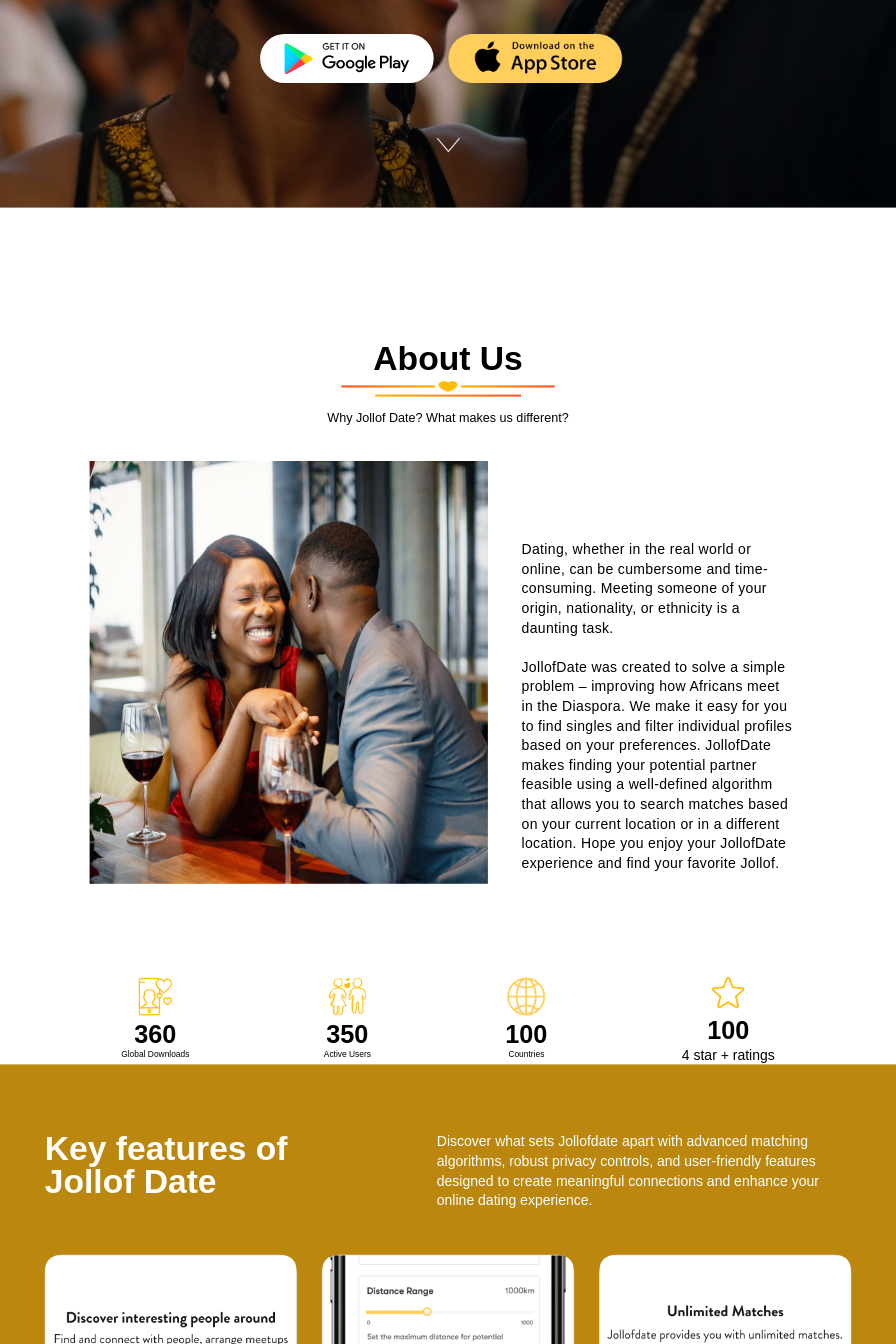
Repository: FarhanNasiru/jollofdate-frontend
Page: /
The author's editor kept a copy of each file at every save. The page is drawn from the files as they stood at one save, then again after the next save.
The browser window is 1280 px wide. The pictures show the part of the page from y = 592 to 2512 px (the page is 7426 px tall), at 70% of full size.
Some web fonts or font styles are not loaded; a fallback is used. The project was rebuilt for these pictures with package versions that can differ from the ones it lists, and the page was loaded fresh each time. Also part of the build but not shown: vite.config.js, src/Pages/Footer2.jsx, src/components/Header2.jsx, src/Pages/privacy.jsx, src/Pages/Term.jsx.

Above is the page before, as saved 2024-08-20 09:31:49.

### index.html
<!doctype html>
<html lang="en">
  <head>
    <meta charset="UTF-8" />
    <link rel="icon" type="image/svg+xml" href="/vite.svg" />
    <meta name="viewport" content="width=device-width, initial-scale=1.0" />
    <title>Jellof Date</title>
  </head>
  <body>
    <div id="root"></div>
    <script type="module" src="/src/main.jsx"></script>
  </body>
</html>

### src/App.jsx
import { BrowserRouter as Router, Route, Routes } from "react-router-dom";
import Home from "./Pages/Home";
import Privacy from "./Pages/privacy";
import Terms from "./Pages/Term";
import "./index.css";
const App = () => {
  return (
    <Router>
      <main>
        <Routes>
          <Route path="/" element={<Home />} />
          <Route path="/privacy" element={<Privacy />} />
          <Route path="/terms" element={<Terms />} />
        </Routes>
      </main>
    </Router>
  );
};

export default App;

### src/index.css
@import url('https://fonts.cdnfonts.com/css/hvdtrial-brandon-grotesque');
@import url('https://fonts.googleapis.com/css2?family=Almendra:ital,wght@0,400;0,700;1,400;1,700&display=swap');
@import "slick-carousel/slick/slick.css";
@import "slick-carousel/slick/slick-theme.css";

@tailwind base;
@tailwind components;
@tailwind utilities;

### src/Pages/Home.jsx
import Faq from "../components/Faq";
import Testimonials from "../components/Testimonials";
import Community from "../components/Community";
import How from "../components/Howitworks";
import Features from "../components/Features";
import About from "../components/Aboutus";
import Download from "../components/Download";
import Footer from "../components/Footer";
import Header from "../components/Header";

function Home() {
  return (
    <main className=" bg-white justify-center font-HvDTrial">
      <Header />
      <section
        id="home"
        className="pl-8 pr-8 justify-center bg-center bg-no-repeat items-center w-full lg:pt-64 lg:pb-9 bg-[url('/Images/Home-bg.png')] h-auto"
      >
        <h1 className="  text-wrap text-white text-7xl md:text-7xl  font-medium md:font-semibold text-center pt-32 pb-14 h-auto">
          Africans. Meet. Date. Connect.{" "}
        </h1>
        <p className=" text-2xl px-6 text-center text-white font-normal md:text-3xl">
          Begin your journey to a lifetime of happiness, success, progress, and
          bliss.
          <br /> Your happiness starts here. Let’s go!
        </p>
        <div className=" flex justify-center pt-12 flex-wrap pb-16">
          <a
            href="#"
            className="bg-transparent text-black px-1 py-1 rounded flex items-center"
          >
            <img
              src="/Images/Googleplay-whitesvg.svg"
              alt="Google Play"
              className="w-full h-full img-center"
            />
          </a>
          <a
            href="#"
            className="bg-transparent text-black px-4 py-2 rounded flex items-center"
          >
            <img
              src="/Images/Applestore-white.png"
              alt="App Store"
              className="w-full h-full mr-2"
            />
          </a>
        </div>
        <div className=" justify-center ">
          <a href="#footer">
            <img
              src="/Images/Home-arrow.png"
              alt=""
              className=" hidden md:flex justify-center m-auto md:pb-32"
            />
          </a>
        </div>
      </section>
      <About />
      <Features />
      <How />
      <Community />
      <Testimonials />
      <Faq />
      <Download />
      <Footer />
    </main>
  );
}

export default Home;

### src/components/Faq.jsx
import { useState } from "react";

function Faq() {
  const [openIndexes, setOpenIndexes] = useState([]);

  const toggleDropdown = (index) => {
    if (openIndexes.includes(index)) {
      setOpenIndexes(openIndexes.filter((i) => i !== index));
    } else {
      setOpenIndexes([...openIndexes, index]);
    }
  };

  const faqItems = [
    "How can I create my profile on the app?",
    "How can I create my profile on the app?",
    "How can I create my profile on the app?",
    "How can I create my profile on the app?",
    "How can I create my profile on the app?",
    "How can I create my profile on the app?",
  ];

  return (
    <section id="frequently-asked-questions" className="pb-14 sm:px-9">
      <div className="sm:pb-20 md:pb-12">
        <h2 className="text-2xl md:text-3xl font-bold text-center pt-24">
          Frequently Asked Questions
        </h2>
        <div className="flex justify-center py-4">
          <img src="/Images/love-logo.png" alt="" className=" md:w-auto" />
        </div>
        <h3 className="text-center text-lg">
          You have questions? Check here for answers
        </h3>
      </div>
      <div className="text-left sm:text-wrap px-4">
        {faqItems.map((item, index) => (
          <div key={index} className=" mx-auto mt-3">
            <div
              className={`flex pt-7 pl-16 pr-12 pb-6 justify-between cursor-pointer ${
                openIndexes.includes(index)
                  ? "bg-customYellow1 font-bold text-black text-xl rounded-t-md"
                  : "bg-bright text-black text-lg border-solid border rounded-lg border-customYellow1"
              }`}
              onClick={() => toggleDropdown(index)}
            >
              <p className="text-xl font-medium">{item}</p>
              {openIndexes.includes(index) ? (
                <div className="h-6 w-6">
                  <img src="/Images/add.svg" alt="" />
                </div>
              ) : (
                <div className="h-6 w-6">
                  <img src="/Images/add2.svg" alt="" className="bg-white" />
                </div>
              )}
            </div>
            {openIndexes.includes(index) && (
              <div className="p-4 bg-customYellow1 rounded-b-md shadow pt-7 pl-16 pr-12 pb-8">
                <p className=" xl:w-custom3text-xl md:text-wrap sm:text-balance">
                  Begin your journey to a lifetime of happiness, success,
                  progress and bliss. Begin your journey to a lifetime of
                  happiness, success, progress and bliss. Begin your journey to
                  a lifetime of happiness, success, progress and bliss. Begin
                  your journey to a lifetime of happiness, success, progress and
                  bliss. Begin your journey to a lifetime of happiness, success,
                  progress and bliss. Begin your journey to a lifetime of
                  happiness, success, progress and bliss. Begin your journey to
                  a lifetime of happiness, success, progress and bliss.
                </p>
              </div>
            )}
          </div>
        ))}
      </div>
    </section>
  );
}

export default Faq;

### src/components/Testimonials.jsx
import { Carousel } from "antd";

function Testimonials() {
  const contentStyle = {
    height: "auto",
    color: "#fff",
    lineHeight: "40px",
    textAlign: "center",
    background: "transparent",
  };

  const testimonials = [
    {
      quote:
        "“Other dating apps were like shooting fish in a barrel. But my girlfriend and I clicked right away on Jollofdate, and the conversation was effortless. We’ve been together for over a year.”",
      name: "Caitlyn King",
    },
    {
      quote:
        "“Other dating apps were like shooting fish in a barrel. But my girlfriend and I clicked right away on Jollofdate, and the conversation was effortless. We’ve been together for over a year.”",
      name: "Crystabel lyn",
    },
    {
      quote:
        "“Other dating apps were like shooting fish in a barrel. But my girlfriend and I clicked right away on Jollofdate, and the conversation was effortless. We’ve been together for over a year.”",
      name: "David Johnson",
    },
    {
      quote:
        "“Other dating apps were like shooting fish in a barrel. But my girlfriend and I clicked right away on Jollofdate, and the conversation was effortless. We’ve been together for over a year.”",
      name: "King Micheal",
    },
  ];

  return (
    <section id="testimonials" className="p-8 pt-24">
      <div>
        <h2 className="text-5xl font-bold text-center p-2">Testimonials</h2>
        <div className="flex justify-center pb-5 md:pb-6">
          <img src="/Images/love-logo.png" alt="Love Logo" />
        </div>
        <h3 className="text-center text-lg">
          Read what our existing users have to say
        </h3>
      </div>
      <div className="text-center pt-9 pb-16 text-black">
        <Carousel autoplay>
          {testimonials.map((testimonial, index) => (
            <div key={index}>
              <div style={contentStyle}>
                <h1 className="text-black text-center m-auto font-normal text-2xl text-wrap">
                  {testimonial.quote}
                </h1>
                <div className="flex justify-center py-3">
                  {[...Array(5)].map((_, i) => (
                    <img
                      key={i}
                      src="/Images/Star.svg"
                      alt="Star"
                      className="mx-1"
                    />
                  ))}
                </div>
                <p className="text-center text-black text-lg pb-8">
                  {testimonial.name}
                </p>
              </div>
            </div>
          ))}
        </Carousel>
      </div>
    </section>
  );
}

export default Testimonials;

### src/components/Community.jsx
function Community() {
  return (
    <div>
      <section
        id="Community"
        className="bg-custom-radial flex flex-col items-center justify-center mb-28 px-6 pt-8"
      >
        <div className="space-y-8 text-center text-black">
          <div>
            <h1 className="text-3xl sm:text-4xl md:text-5xl font-bold">
              Join the
            </h1>
            <h2 className="text-3xl sm:text-4xl md:text-5xl font-bold">
              Jollof Date Community
            </h2>
          </div>
          <div className="w-full sm:w-4/5 md:w-3/5 lg:w-custom9 mx-auto">
            <h3 className="text-sm sm:text-base font-normal">
              Download the app from your store and begin your journey to a
              lifetime of happiness, success, progress, and bliss.
            </h3>
          </div>
          <div className="flex flex-col md:flex-row justify-center items-center m-auto gap-3">
            <a href="" className="w-32 md:w-40">
              <img
                src="/Images/Applestore-dark.png"
                alt="Download on the App Store"
                className="m-auto"
              />
            </a>
            <a href="" className="w-32 md:w-40">
              <img
                src="/Images/Googleplay-Dark.png"
                alt="Get it on Google Play"
                className="m-auto"
              />
            </a>
          </div>
        </div>
        <div className="flex justify-center mt-8">
          <img
            src="/Images/threephones.png"
            alt="Three phones showing the app"
            className="w-full sm:w-4/5 md:w-3/5 lg:w-auto"
          />
        </div>
      </section>
    </div>
  );
}

export default Community;

### src/components/Howitworks.jsx
function Howitworks() {
  return (
    <div>
      <section id="how" className="pt-16 md:pt-72 pb-10">
        <h2 className="text-2xl md:text-3xl font-bold text-center mt-24 md:mt-44 p-2">
          How it works
        </h2>
        <div className="flex justify-center pb-4 md:pb-2">
          <img src="/Images/love-logo.png" alt="" className=" md:w-auto" />
        </div>
        <h3 className="text-center text-sm md:text-base pb-4 md:pb-6">
          A step-by-step guide on how to get started on Jollof Date
        </h3>
        <div className="flex flex-col xl:flex-row p-4 md:p-8 space-y-8 md:space-y-0">
          <div id="picture" className="flex justify-center   space-x-3 ">
            <img
              src="/Images/f-and-j-frame.png"
              alt=""
              className="w-full md:w-auto"
            />
          </div>
          <div className="icon space-y-8 md:space-y-11 md:ml-11">
            <div className="flex gap-4 md:gap-6">
              <img
                src="/Images/sign up.png"
                alt=""
                className="w-12 h-12 md:w-16 md:h-16"
              />
              <div>
                <h1 className="font-bold text-xl md:text-2xl">Sign Up</h1>
                <h2 className="font-normal text-sm md:text-xl">
                  Begin your journey to a lifetime of happiness, success,
                  progress, and bliss.
                </h2>
              </div>
            </div>
            <div className="flex gap-4 md:gap-6">
              <img
                src="/Images/create.png"
                alt=""
                className="w-12 h-12 md:w-16 md:h-16"
              />
              <div>
                <h1 className="font-bold text-xl md:text-2xl">
                  Create Profile and Add Preferences
                </h1>
                <h2 className="font-normal text-sm md:text-xl">
                  Share your interests, hobbies, and a bit about yourself to
                  help us find your perfect match.
                </h2>
              </div>
            </div>
            <div className="flex gap-4 md:gap-6">
              <img
                src="/Images/browse.png"
                alt=""
                className="w-12 h-12 md:w-16 md:h-16"
              />
              <div>
                <h1 className="font-bold text-xl md:text-2xl">
                  Browse and Match
                </h1>
                <h2 className="font-normal text-sm md:text-xl">
                  Use our advanced filters to find people who share your
                  interests and values. Start connecting today.
                </h2>
              </div>
            </div>
            <div className="flex gap-4 md:gap-6">
              <img
                src="/Images/chat.png"
                alt=""
                className="w-12 h-12 md:w-16 md:h-16"
              />
              <div>
                <h1 className="font-bold text-xl md:text-2xl">Chat and Call</h1>
                <h2 className="font-normal text-sm md:text-xl">
                  Get to know your matches better and build connections in a
                  safe and private environment.
                </h2>
              </div>
            </div>
          </div>
        </div>
      </section>
    </div>
  );
}

export default Howitworks;

### src/components/Features.jsx
function Features() {
  return (
    <div>
      <section
        id="features"
        className=" md:p-8 pt-16 md:pt-24 mb-20 md:mb-40 bg-featuresY h-full w-full md:h-custom16"
      >
        <div className="">
          <div className="flex flex-col md:flex-row justify-between m-auto px-4 md:px-8 space-y-4 md:space-y-0">
            <h3 className="text-3xl md:text-5xl font-bold w-full md:w-96 h-auto md:h-36 text-white">
              Key features of Jollof Date
            </h3>
            <h2 className="text-xl w-full md:w-custom4 font-normal text-white">
              Discover what sets Jollofdate apart with advanced matching
              algorithms, robust privacy controls, and user-friendly features
              designed to create meaningful connections and enhance your online
              dating experience.
            </h2>
          </div>
          <div className="flex flex-col md:flex-row h-full space-y-4 md:space-y-0 md:space-x-9 pl-0 md:pl-8 pr-0 md:pr-8 mt-8 w-full">
            <div className="bg-white text-center border rounded-3xl">
              <img
                src="/Images/phone1.png"
                alt=""
                className="w-full md:w-auto"
              />
            </div>
            <div className="bg-white text-center border rounded-3xl md:flex hidden">
              <a href="">
                <img src="/Images/Phone2.png" alt="" className="w-full" />
              </a>
            </div>
            <div className="bg-white text-center border rounded-3xl">
              <a href="">
                <img src="/Images/Phone3.png" alt="" className="w-full" />
              </a>
            </div>
          </div>
        </div>
      </section>
    </div>
  );
}

export default Features;

### src/components/Aboutus.jsx
function Aboutus() {
  return (
    <div>
      <section id="about-us" className="pt-16 md:pt-24">
        <div className="px-4 md:px-24">
          <h2 className="text-3xl md:text-5xl font-bold text-center p-2">
            About Us
          </h2>
          <div className="flex justify-center pb-4">
            <img src="/Images/love-logo.png" alt="" className="md:14" />
          </div>
          <h3 className="text-center text-base md:text-lg pb-8 md:pb-12">
            Why Jollof Date? What makes us different?
          </h3>
          <div className="flex flex-col xl:flex-row gap-4 lg:gap-8 px-2 lg:px-8 pb-16 lg:pb-32 justify-center">
            <img src="/Images/Lovers.png" alt="" className="max-w-xl max-h-" />
            <div className="tracking-wide bg-white p-4 md:pt-28 font-normal text-base md:text-xl">
              <p>
                Dating, whether in the real world or online, can be cumbersome
                and time-consuming. Meeting someone of your origin, nationality,
                or ethnicity is a daunting task.
              </p>
              <br />
              <p>
                JollofDate was created to solve a simple problem – improving how
                Africans meet in the Diaspora. We make it easy for you to find
                singles and filter individual profiles based on your
                preferences. JollofDate makes finding your potential partner
                feasible using a well-defined algorithm that allows you to
                search matches based on your current location or in a different
                location. Hope you enjoy your JollofDate experience and find
                your favorite Jollof.
              </p>
            </div>
          </div>
        </div>
        {/* <div className="flex flex-wrap text-center flex-col md:flex-row space-y-12 pb-12 lg:pb-28 justify-center space-x-20 md:space-x-48 px-14 ">
          <div className="flex mt-12 m-auto text-center">
            <div>
              <img src="/Images/person.png" alt="" />
            </div>
            <div className="">
              <h1 className="font-bold text-4xl">360</h1>
              <h2 className="text-xs">Global Downloads</h2>
            </div>
          </div>
          <div className="flex space-x-3">
            <div>
              <img src="/Images/people.png" alt="" />
            </div>
            <div className="">
              <h1 className="font-bold text-4xl">350</h1>
              <h2 className="text-xs">Active Users</h2>
            </div>
          </div>
          <div className="flex space-x-3">
            <div>
              <img src="/Images/world-o.png" alt="" />
            </div>
            <div className="">
              <h1 className="font-bold text-4xl">100</h1>
              <h2 className="text-xs">Countries</h2>
            </div>
          </div>
          <div className="flex space-x-3">
            <div>
              <img src="/Images/Star2.png" alt="" className="" />
            </div>
            <div className="">
              <h1 className="font-bold text-4xl justify-start m-auto flex">
                100
              </h1>
              <h2 className="text-xl">4 star + ratings</h2>
            </div>
          </div>
        </div> */}
        <div className="flex flex-col md:flex-row justify-center items-center space-y-12 md:space-y-0 md:space-x-20 lg:space-x-48 px-14">
          <div className="flex flex-col items-center">
            <img src="/Images/person.png" alt="Person Icon" />
            <div className="text-center mt-2">
              <h1 className="font-bold text-4xl">360</h1>
              <h2 className="text-xs">Global Downloads</h2>
            </div>
          </div>

          <div className="flex flex-col items-center">
            <img src="/Images/people.png" alt="People Icon" />
            <div className="text-center mt-2">
              <h1 className="font-bold text-4xl">350</h1>
              <h2 className="text-xs">Active Users</h2>
            </div>
          </div>

          <div className="flex flex-col items-center">
            <img src="/Images/world-o.png" alt="World Icon" />
            <div className="text-center mt-2">
              <h1 className="font-bold text-4xl">100</h1>
              <h2 className="text-xs">Countries</h2>
            </div>
          </div>

          <div className="flex flex-col items-center">
            <img src="/Images/Star2.png" alt="Star Icon" />
            <div className="text-center mt-2">
              <h1 className="font-bold text-4xl">100</h1>
              <h2 className="text-xs lg:text-xl">4 star + ratings</h2>
            </div>
          </div>
        </div>
      </section>
    </div>
  );
}

export default Aboutus;

### src/components/Download.jsx
function Download() {
  return (
    <section
      id="last"
      className=" mt-20 w-full justify-center bg-customYellow1 md:w-3/4 xl:w-4/5 md:h-full pb-9 m-auto pt-9 p-11 border-0 rounded-2xl -mb-[100px] relative "
    >
      <div className="">
        <div>
          <h1 className="text-center font-normal text-xl pb-3 pl-3 pr-3">
            Your one stop spot for the right relationship
          </h1>
        </div>
        <h3 className="text-center font-bold text-4xl pb-3 lg:">
          Download Jollofdate Now
        </h3>
        <h2 className=" flex text-center justify-center m-auto font-normal xl:w-80 pb-8">
          Begin your journey to a lifetime of happiness, success, progress and
          bliss.
        </h2>
        <div className="text-center md:flex flex-wrap justify-center gap-4 m-auto space-y-7 md:space-y-0 ">
          <img
            src="/Images/Applestore-dark.png"
            alt=""
            className="m-auto md:m-0"
          />
          <img
            src="/Images/Googleplay-Dark.png"
            alt=""
            className="m-auto md:m-0"
          />
        </div>
      </div>
    </section>
  );
}

export default Download;

Loaded but not shown: src/main.jsx (common file); tailwind.config.js (58 lines, source omitted); src/components/Header.jsx (148 lines, source omitted); src/components/Footer.jsx (106 lines, source omitted)

After the next save:
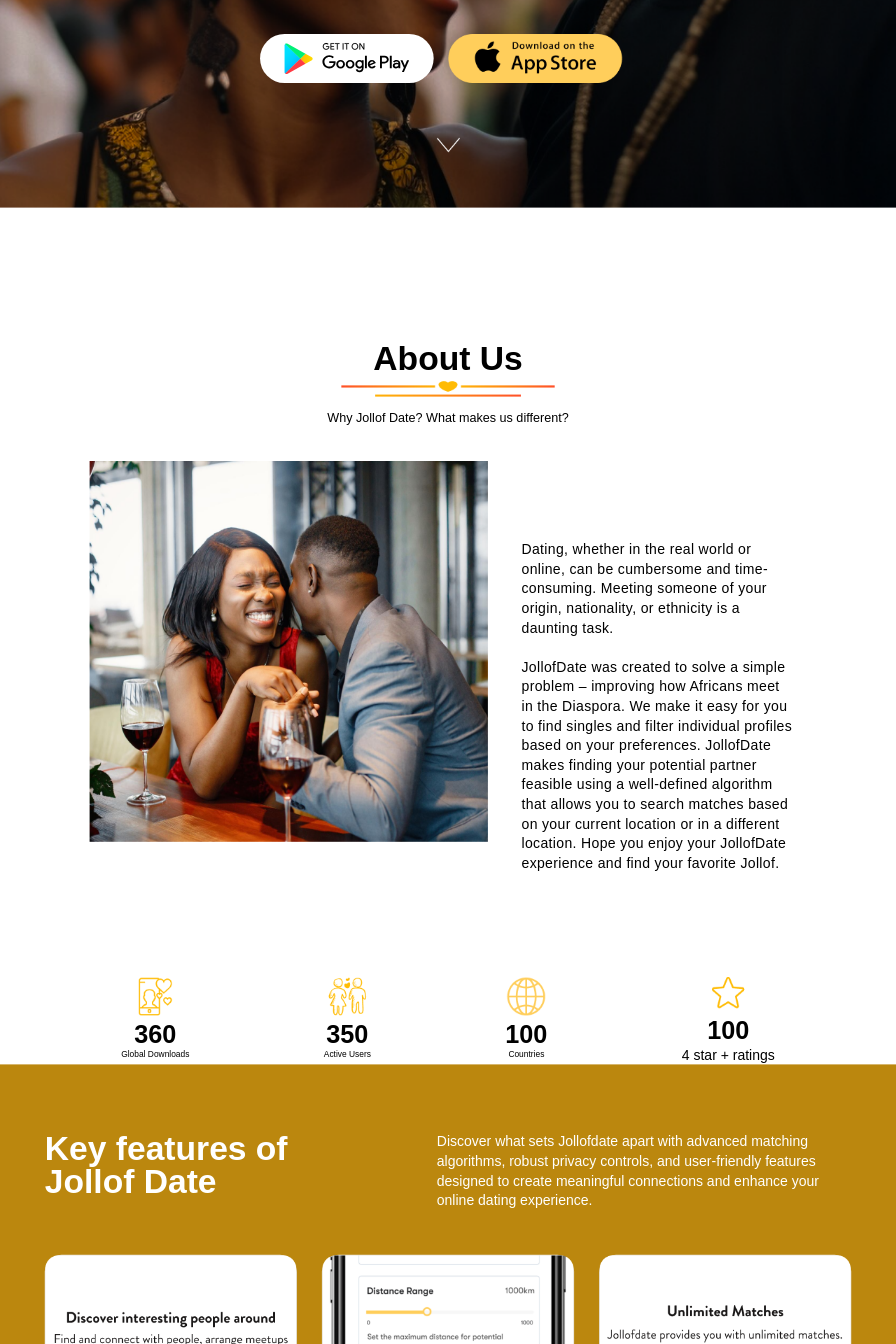
Saved 61 s later.
--- a/src/components/Aboutus.jsx
+++ b/src/components/Aboutus.jsx
@@ -13,7 +13,11 @@
             Why Jollof Date? What makes us different?
           </h3>
           <div className="flex flex-col xl:flex-row gap-4 lg:gap-8 px-2 lg:px-8 pb-16 lg:pb-32 justify-center">
-            <img src="/Images/Lovers.png" alt="" className="max-w-xl max-h-" />
+            <img
+              src="/Images/Lovers.png"
+              alt=""
+              className="max-w-xl max-h-3px"
+            />
             <div className="tracking-wide bg-white p-4 md:pt-28 font-normal text-base md:text-xl">
               <p>
                 Dating, whether in the real world or online, can be cumbersome
